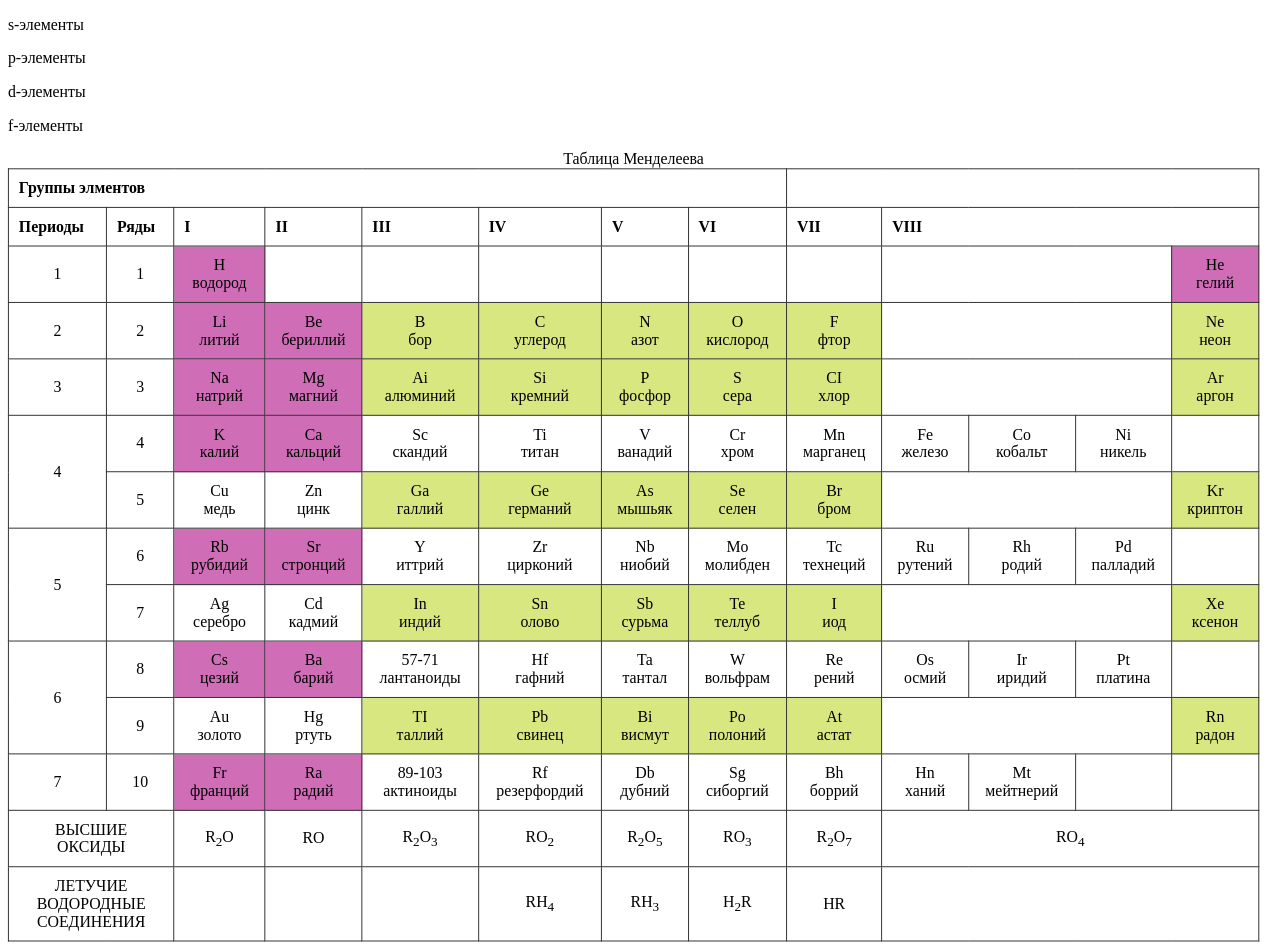
Repository: sannikovcode/exercises-a1
Page: JS/websites/01-periodic table/index.html
An editor plug-in stored every save of this project. The page is shown before and after the next save, followed by the edit.
The browser window is 1280 px wide. The pictures show the whole page, at 99% of full size.

Above is the page before, as saved 2025-10-18 14:59:34.

### JS/websites/01-periodic table/index.html
<!DOCTYPE html>
<html lang="en">

<head>
    <meta charset="UTF-8">
    <meta name="viewport" content="width=device-width, initial-scale=1.0">
    <title>Periodic table</title>
    <link rel="stylesheet" href="styles.css">
</head>

<body>
    <table>
        <caption>Таблица Менделеева</caption>
        <thead>
            <tr>
                <th colspan="8">Группы элментов</th>
            </tr>
        </thead>

        <tbody>
            <tr>
                <th scope="col">Периоды</th>
                <th scope="col">Ряды</th>
                <th scope="col">I</th>
                <th scope="col">II</th>
                <th scope="col">III</th>
                <th scope="col">IV</th>
                <th scope="col">V</th>
                <th scope="col">VI</th>
                <th scope="col">VII</th>
                <th scope="col" colspan="4">VIII</th>
            </tr>
            <tr>
                <td scope="row">1</td>
                <td>1</td>
                <td id="s">H<br>водород</td>
                <td></td>
                <td></td>
                <td></td>
                <td></td>
                <td></td>
                <td></td>
                <td colspan="3"></td>
                <td id="s">He<br>гелий</td>

            </tr>
            <tr>
                <td scope="row">2</td>
                <td>2</td>
                <td id="s">Li<br>литий</td>
                <td id="s">Be<br>бериллий</td>
                <td id="p">B<br>бор</td>
                <td id="p">C<br>углерод</td>
                <td id="p">N<br>азот</td>
                <td id="p">O<br>кислород</td>
                <td id="p">F<br>фтор</td>
                <td colspan="3"></td>
                <td id="p">Ne<br>неон</td>
            </tr>
            <tr>
                <td scope="row">3</td>
                <td>3</td>
                <td id="s">Na<br>натрий</td>
                <td id="s">Mg<br>магний</td>
                <td id="p">Ai<br>алюминий</td>
                <td id="p">Si<br>кремний</td>
                <td id="p">P<br>фосфор</td>
                <td id="p">S<br>сера</td>
                <td id="p">CI<br>хлор</td>
                <td colspan="3"></td>
                <td id="p">Ar<br>аргон</td>

            </tr>
            <tr>
                <td scope="row" rowspan="2">4</td>
                <td>4</td>
                <td id="s">K<br>калий</td>
                <td id="s">Ca<br>кальций</td>
                <td>Sc<br>скандий</td>
                <td>Ti<br>титан</td>
                <td>V<br>ванадий</td>
                <td>Cr<br>хром</td>
                <td>Mn<br>марганец</td>
                <td>Fe<br>железо</td>
                <td>Co<br>кобальт</td>
                <td>Ni<br>никель</td>
                <td></td>
            </tr>
            <tr>
                <td>5</td>
                <td>Cu<br>медь</td>
                <td>Zn<br>цинк</td>
                <td id="p">Ga<br>галлий</td>
                <td id="p">Ge<br>германий</td>
                <td id="p">As<br>мышьяк</td>
                <td id="p">Se<br>селен</td>
                <td id="p">Br<br>бром</td>
                <td colspan="3"></td>
                <td id="p">Kr<br>криптон</td>
            <tr>
                <td scope="row" rowspan="2">5</td>
                <td>6</td>
                <td id="s">Rb<br>рубидий</td>
                <td id="s">Sr<br>стронций</td>
                <td>Y<br>иттрий</td>
                <td>Zr<br>цирконий</td>
                <td>Nb<br>ниобий</td>
                <td>Mo<br>молибден</td>
                <td>Tc<br>технеций</td>
                <td>Ru<br>рутений</td>
                <td>Rh<br>родий</td>
                <td>Pd<br>палладий</td>
                <td></td>
            </tr>
            <tr>
                <td>7</td>
                <td>Ag<br>серебро</td>
                <td>Cd<br>кадмий</td>
                <td id="p">In<br>индий</td>
                <td id="p">Sn<br>олово</td>
                <td id="p">Sb<br>сурьма</td>
                <td id="p">Te<br>теллуб</td>
                <td id="p">I<br>иод</td>
                <td colspan="3"></td>
                <td id="p">Xe<br>ксенон</td>
            </tr>
            <tr>
                <td scope="row" rowspan="2">6</td>
                <td>8</td>
                <td id="s">Cs<br>цезий</td>
                <td id="s">Ba<br>барий</td>
                <td>57-71<br>лантаноиды</td>
                <td>Hf<br>гафний</td>
                <td>Ta<br>тантал</td>
                <td>W<br>вольфрам</td>
                <td>Re<br>рений</td>
                <td>Os<br>осмий</td>
                <td>Ir<br>иридий</td>
                <td>Pt<br>платина</td>
                <td></td>
            </tr>
            <tr>
                <td>9</td>
                <td>Au<br>золото</td>
                <td>Hg<br>ртуть</td>
                <td id="p">TI<br>таллий</td>
                <td id="p">Pb<br>свинец</td>
                <td id="p">Bi<br>висмут</td>
                <td id="p">Po<br>полоний</td>
                <td id="p">At<br>астат</td>
                <td colspan="3"></td>
                <td id="p">Rn<br>радон</td>
            </tr>
            <tr>
                <td scope="row">7</td>
                <td>10<br></td>
                <td id="s">Fr<br>франций</td>
                <td id="s">Ra<br>радий</td>
                <td>89-103<br>актиноиды</td>
                <td>Rf<br>резерфордий</td>
                <td>Db<br>дубний</td>
                <td>Sg<br>сиборгий</td>
                <td>Bh<br>боррий</td>
                <td>Hn<br>ханий</td>
                <td>Mt<br>мейтнерий</td>
                <td></td>
                <td></td>
            </tr>
            <tr>
                <td colspan="2">ВЫСШИЕ <br>ОКСИДЫ</td>
                <td>R<sub>2</sub>O</td>
                <td>RO</td>
                <td>R<sub>2</sub>O<sub>3</sub></td>
                <td>RO<sub>2</sub></td>
                <td>R<sub>2</sub>O<sub>5</sub></td>
                <td>RO<sub>3</sub></td>
                <td>R<sub>2</sub>O<sub>7</sub></td>
                <td colspan="4">RO<sub>4</sub></td>

            </tr>
            <tr>
                <td colspan="2">ЛЕТУЧИЕ <br>ВОДОРОДНЫЕ <br> СОЕДИНЕНИЯ</td>
                <td></td>
                <td></td>
                <td></td>
                <td>RH<sub>4</sub></td>
                <td>RH<sub>3</sub></td>
                <td>H<sub>2</sub>R</td>
                <td>HR</td>
                <td colspan="4"></td>
            </tr>
        </tbody>
        <tfoot>
            <p>s-элементы</p>
            <p>p-элементы</p>
            <p>d-элементы</p>
            <p>f-элементы</p>

        </tfoot>

    </table>




</body>

</html>

### JS/websites/01-periodic table/styles.css
/* 1 */
table {
  border-collapse: collapse;
  width: 100%;
}

table, th, td {
  border: 1px solid #333;
}

th, td {
  padding: 10px;
  text-align: left;
}

/*2*/
td {
  text-align: center; /* горизонтальное центрирование */
  vertical-align: middle; /* вертикальное центрирование */
}

/* элементы */

#s {
  background-color: rgb(207, 109, 183);
}
#p {
  background-color: rgb(216, 231, 128);
}
#d {
  background-color: rgb(76, 171, 202);
}
#f {
  background-color: rgb(114, 211, 130);
}

After the next save:
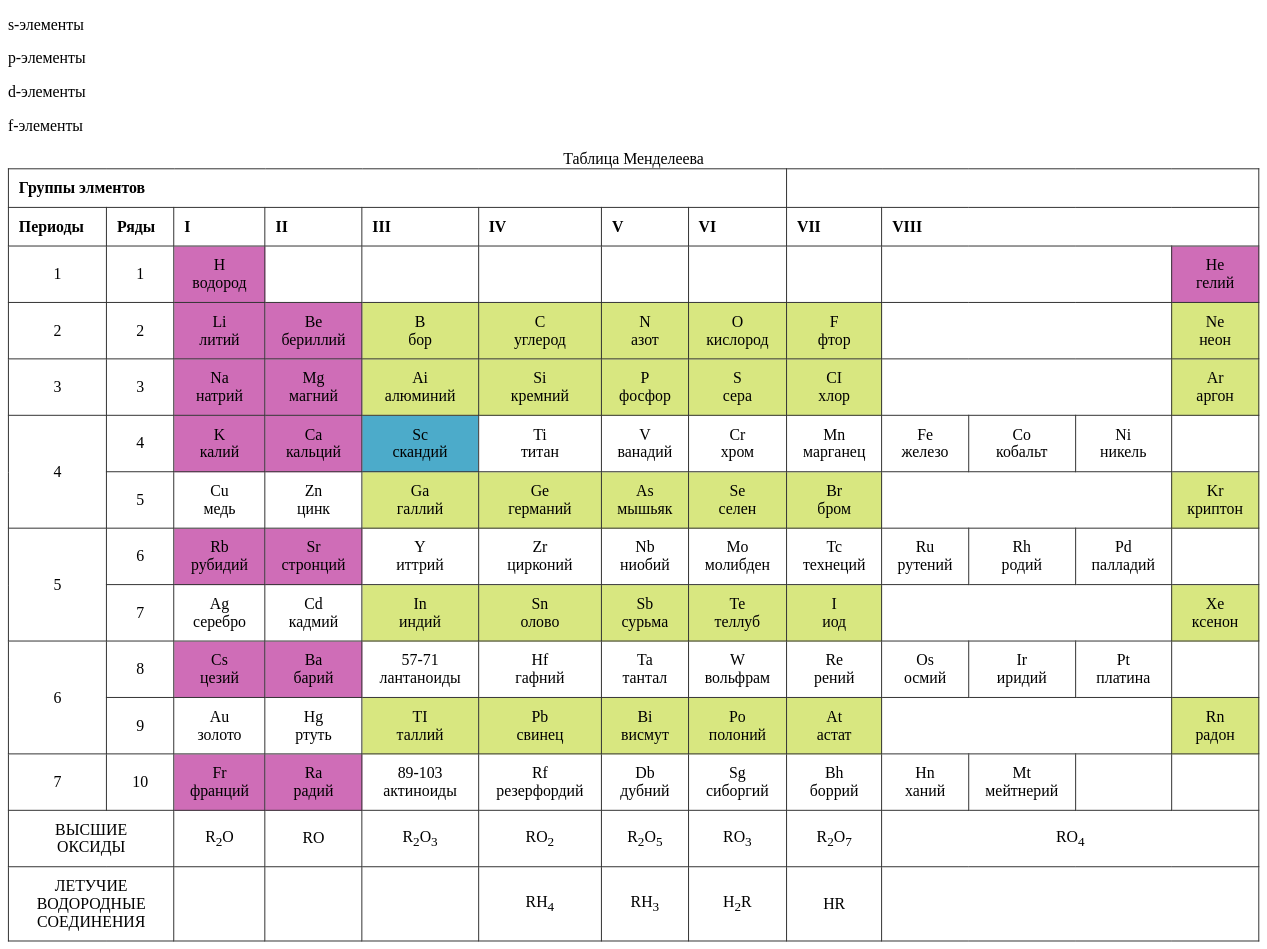
Saved 39 s later.
--- a/JS/websites/01-periodic table/index.html
+++ b/JS/websites/01-periodic table/index.html
@@ -76,7 +76,7 @@
                 <td>4</td>
                 <td id="s">K<br>калий</td>
                 <td id="s">Ca<br>кальций</td>
-                <td>Sc<br>скандий</td>
+                <td id="d">Sc<br>скандий</td>
                 <td>Ti<br>титан</td>
                 <td>V<br>ванадий</td>
                 <td>Cr<br>хром</td>
